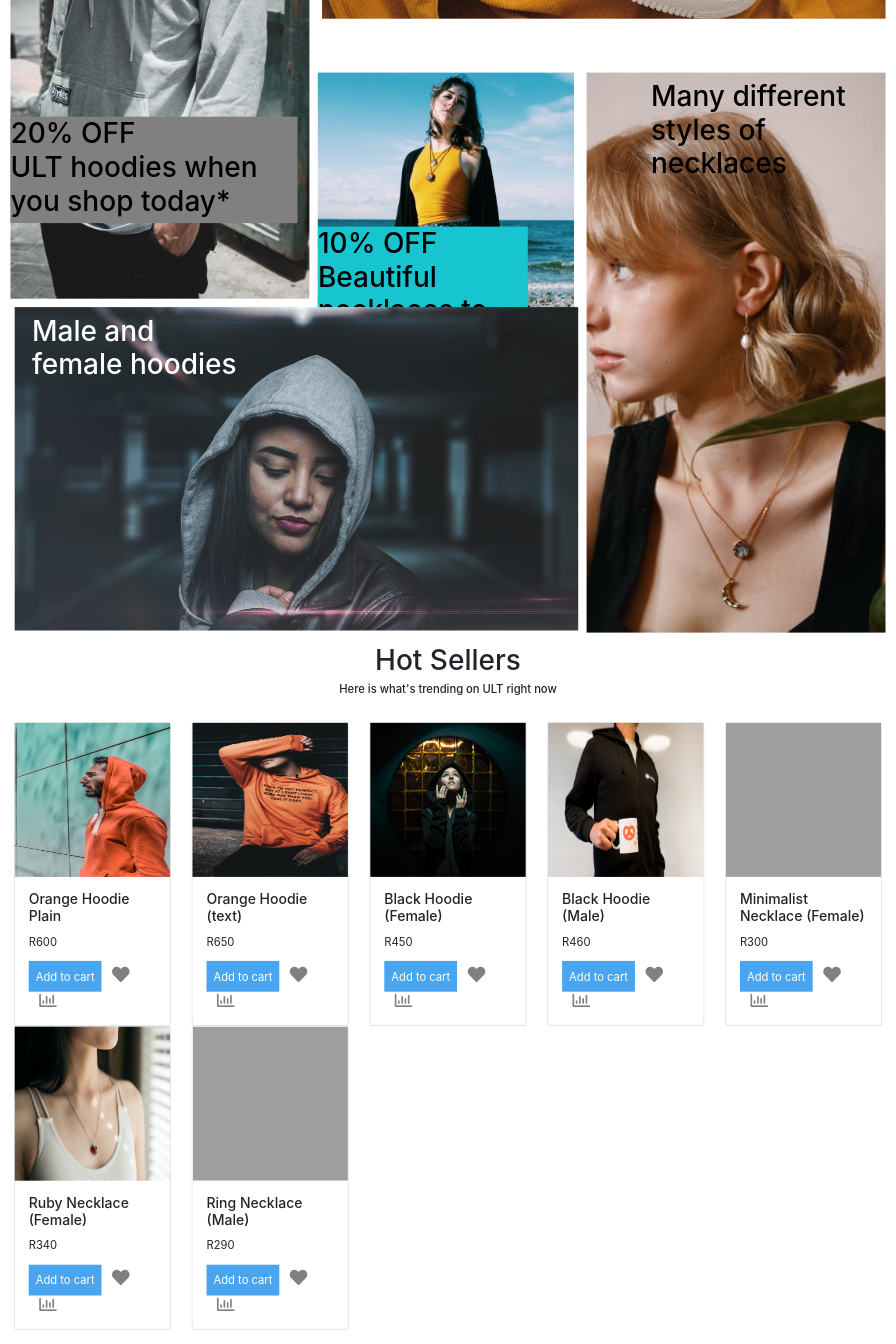
Repository: Ajtheult/Luma-Challenge-Site
Page: /
These files come from the project's save history. The page is drawn as it stood at one moment and after the next save; the edit follows.
The browser window is 1280 px wide. The pictures show the part of the page from y = 1044 to 2964 px (the page is 2964 px tall), at 70% of full size.
Pictures or frames that could not be fetched are drawn as grey boxes. The project was rebuilt for these pictures with package versions that can differ from the ones it lists, and the page was loaded fresh each time.

Above is the page before, as saved 2020-09-01 10:05:23.

After the next save:
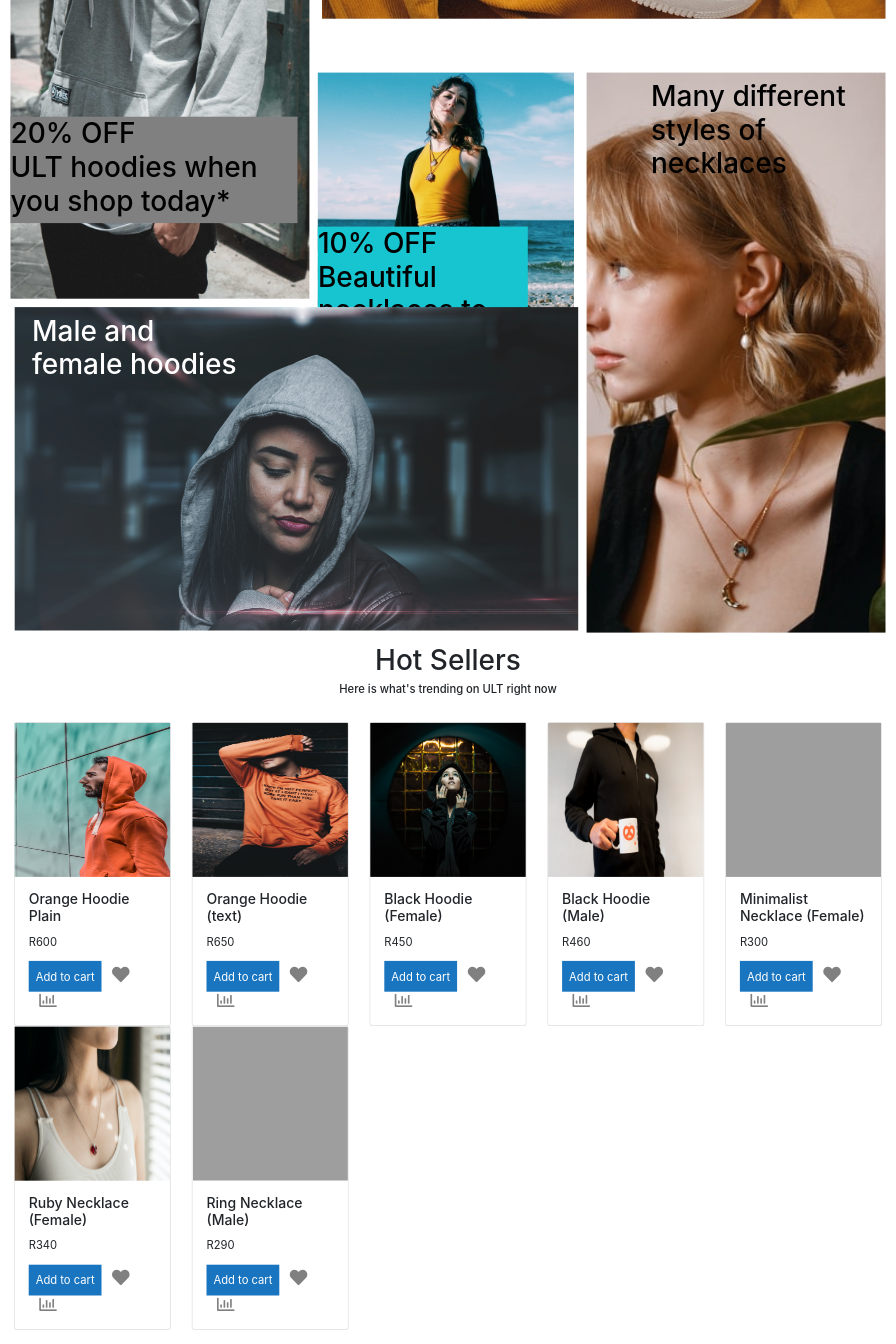
Saved 35 s later.
--- a/src/components/layout/pages/home/SecondHome.css
+++ b/src/components/layout/pages/home/SecondHome.css
@@ -24,7 +24,7 @@
 
 .buttons {
   padding: 10px;
-  background-color: rgb(74, 165, 240);
+  background-color: rgb(26, 117, 192);
   border: none;
   color: white;
 }
